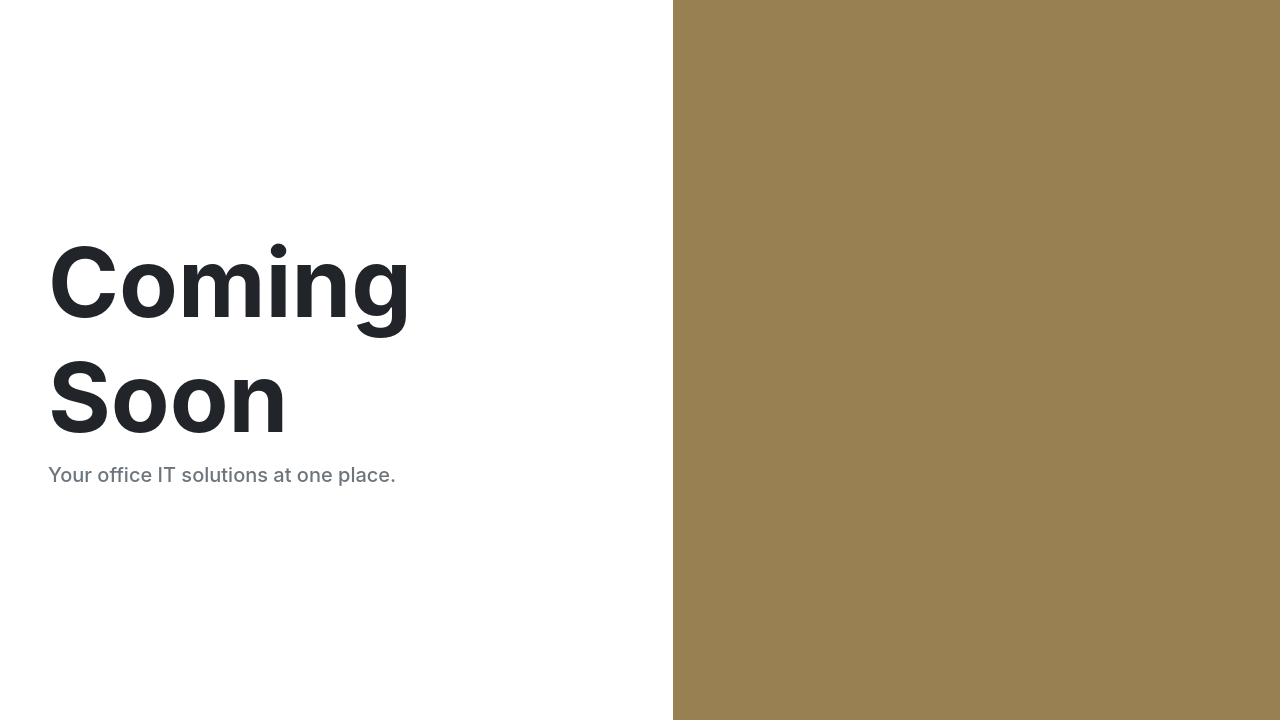
Repository: Thekxgh/website
Page: /
These files come from the project's save history. The page is drawn as it stood at one moment and after the next save; the edit follows.
The browser window is 1280 px wide. The pictures show the whole page.
The project was rebuilt for these pictures with package versions that can differ from the ones it lists, and the page was loaded fresh each time.

Above is the page before, as saved 2021-07-14 09:38:53.

After the next save:
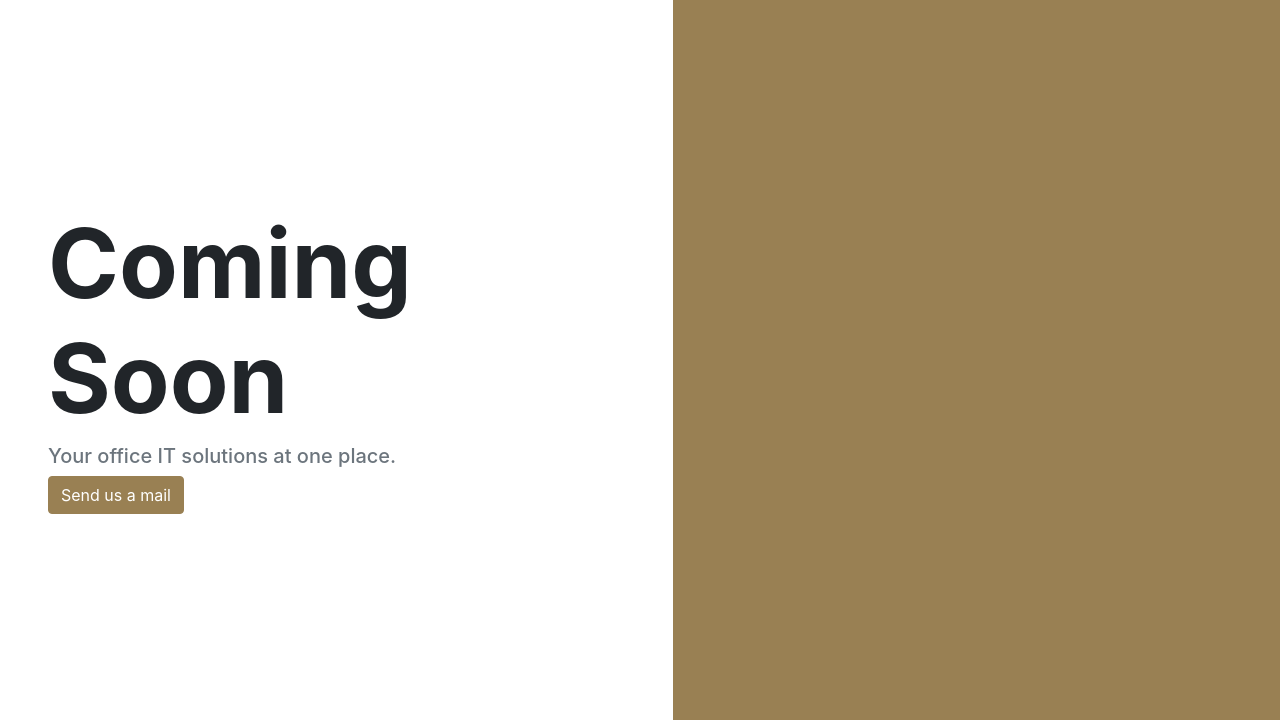
Saved 53 s later.
--- a/src/presentation/LandingPage.tsx
+++ b/src/presentation/LandingPage.tsx
@@ -7,6 +7,7 @@ export const LandingPage = () => {
             <Col className="p-5">
                 <h1 className="display-1 font-weight-bold">Coming Soon</h1>
                 <h5 className="text-muted">Your office IT solutions at one place.</h5>
+                <a className="btn btn-primary" href="mailto:contact@thekxgh.com"> Send us a mail</a>
             </Col>
             <Col className="bg-primary min-vh-100">
 
